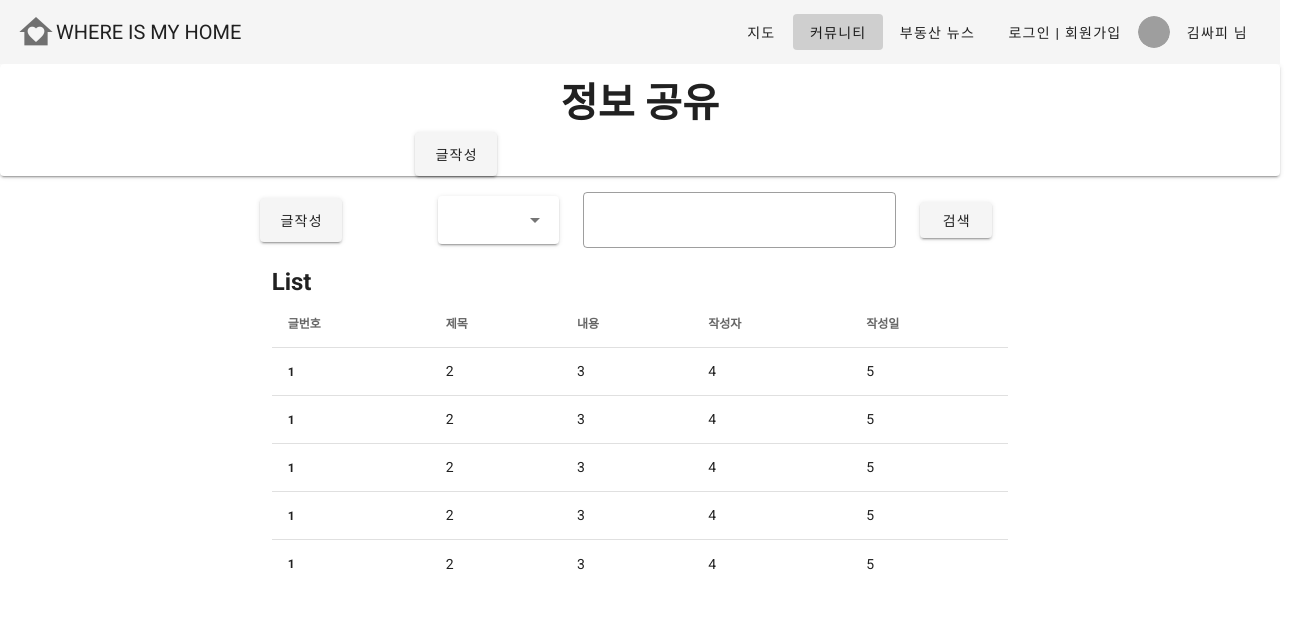
Repository: misso88/vue-whereIsMyHome
Page: /community/list
The author's editor kept a copy of each file at every save. The page is drawn from the files as they stood at one save, then again after the next save.
The browser window is 1280 px wide. The page is 1292 px wide, so the pictures cover 1292 px, including what lies to the right of the window. The pictures show the whole page.
Pictures or frames that could not be fetched are drawn as grey boxes. The project was rebuilt for these pictures with package versions that can differ from the ones it lists, and the page was loaded fresh each time. Also part of the build but not shown: vue.config.js, src/components/house/map/filter/LocationSelect.vue, src/components/house/HouseSearch.vue, src/views/AppMain.vue, src/components/house/sidebar/HouseListItem.vue, src/components/house/sidebar/HouseList.vue, src/components/house/sidebar/HouseListFilter.vue, src/components/house/sidebar/HouseSidebar.vue and 3 more. Imported but missing from the stored project, and not drawn on this page: src/assets/main.mp4.

Above is the page before, as saved 2022-11-17 17:49:44.

After the next save:
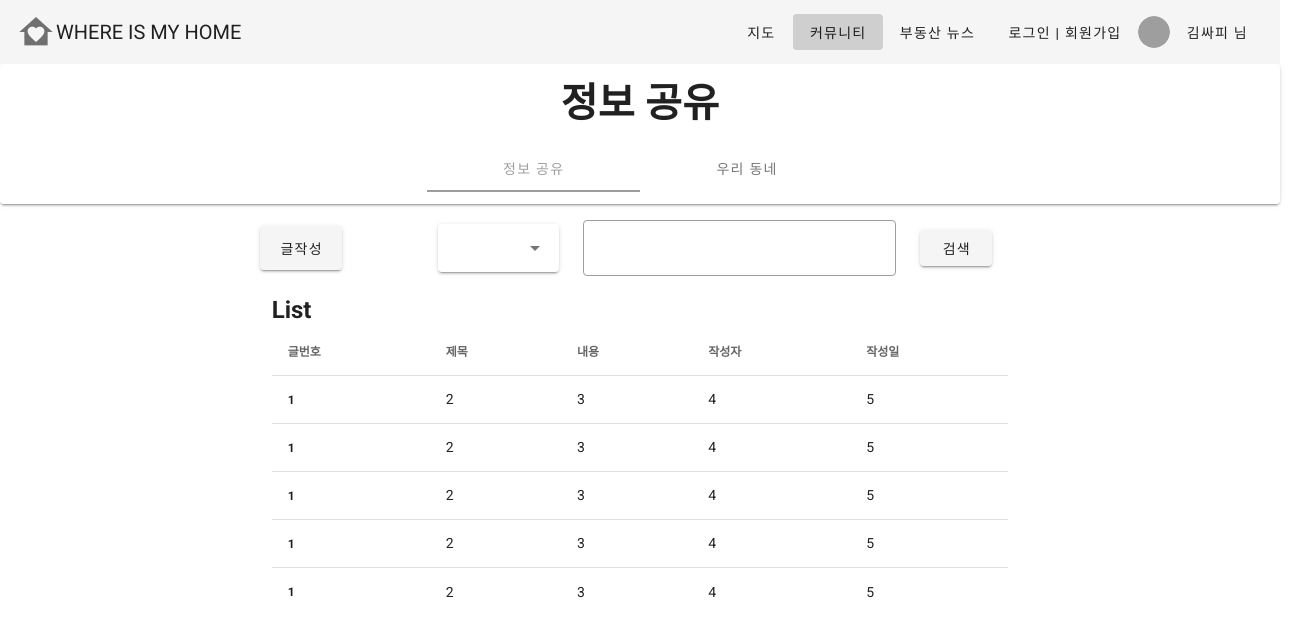
Saved 5 s later.
--- a/src/components/board/BoardHeader.vue
+++ b/src/components/board/BoardHeader.vue
@@ -13,12 +13,19 @@
      <v-row>
     <v-spacer/>
     <v-col :cols="mainWidth">
-      <v-row align="center" justify="space-between">
-        <v-btn large>글작성</v-btn>
-        <search-bar></search-bar>
-      </v-row>
-      <!-- <router-view></router-view> -->
-      <board-list></board-list>
+      <v-tabs
+      v-model="tab"
+      color="grey"
+      grow
+    >
+      <v-tab
+        v-for="item in tabs"
+        :key="item.type"
+        @click="clickTab(item.type)"
+        >
+        {{ item.title }}
+      </v-tab>
+    </v-tabs>
     </v-col>
   <v-spacer/>
   </v-row>
